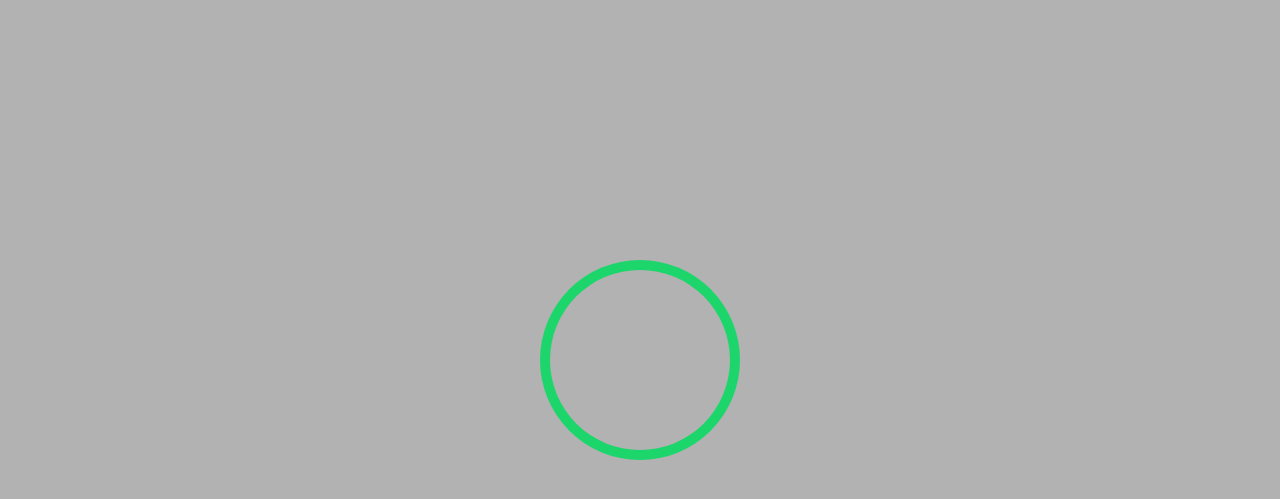
Repository: gyypwrs/css-practice
Page: adsorbed-circle/index.html
These files come from the project's save history. The page is drawn as it stood at one moment and after the next save; the edit follows.
The browser window is 1280 px wide. The pictures show the whole page.

Above is the page before, as saved 2022-05-13 16:09:39.

After the next save:
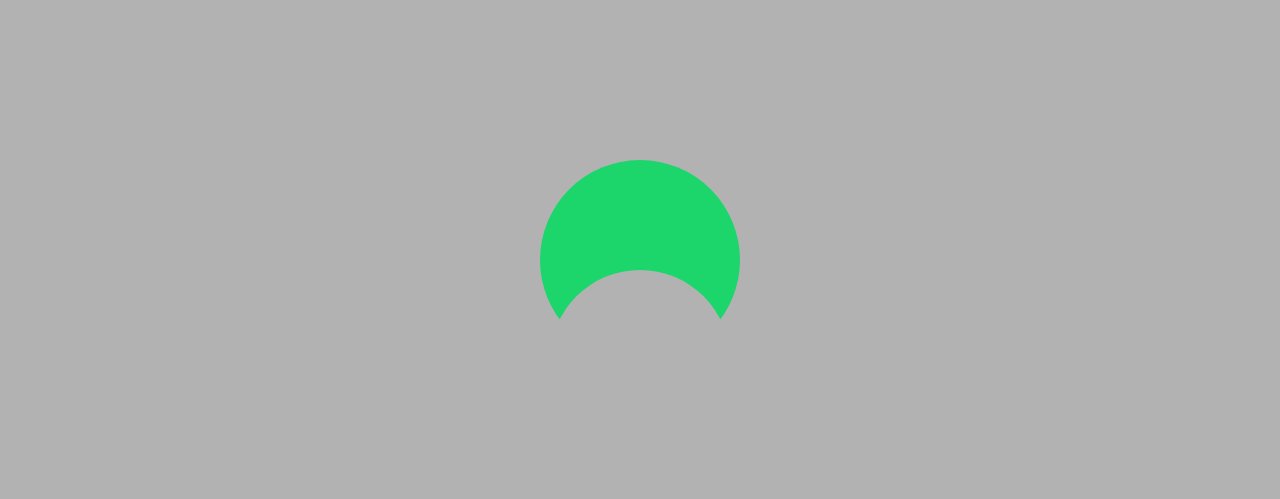
Saved 22 s later.
--- a/adsorbed-circle/index.html
+++ b/adsorbed-circle/index.html
@@ -45,7 +45,7 @@
     resizeCanvas()
     function drawRing() {
       ctx.beginPath()
-      ctx.arc(width/2, height/2, 100, 0 ,2*Math.PI)
+      ctx.arc(width/2, height/2-100, 100, 0 ,2*Math.PI)
       ctx.fillStyle="#1cd66c"
       ctx.fill()
       ctx.beginPath()
